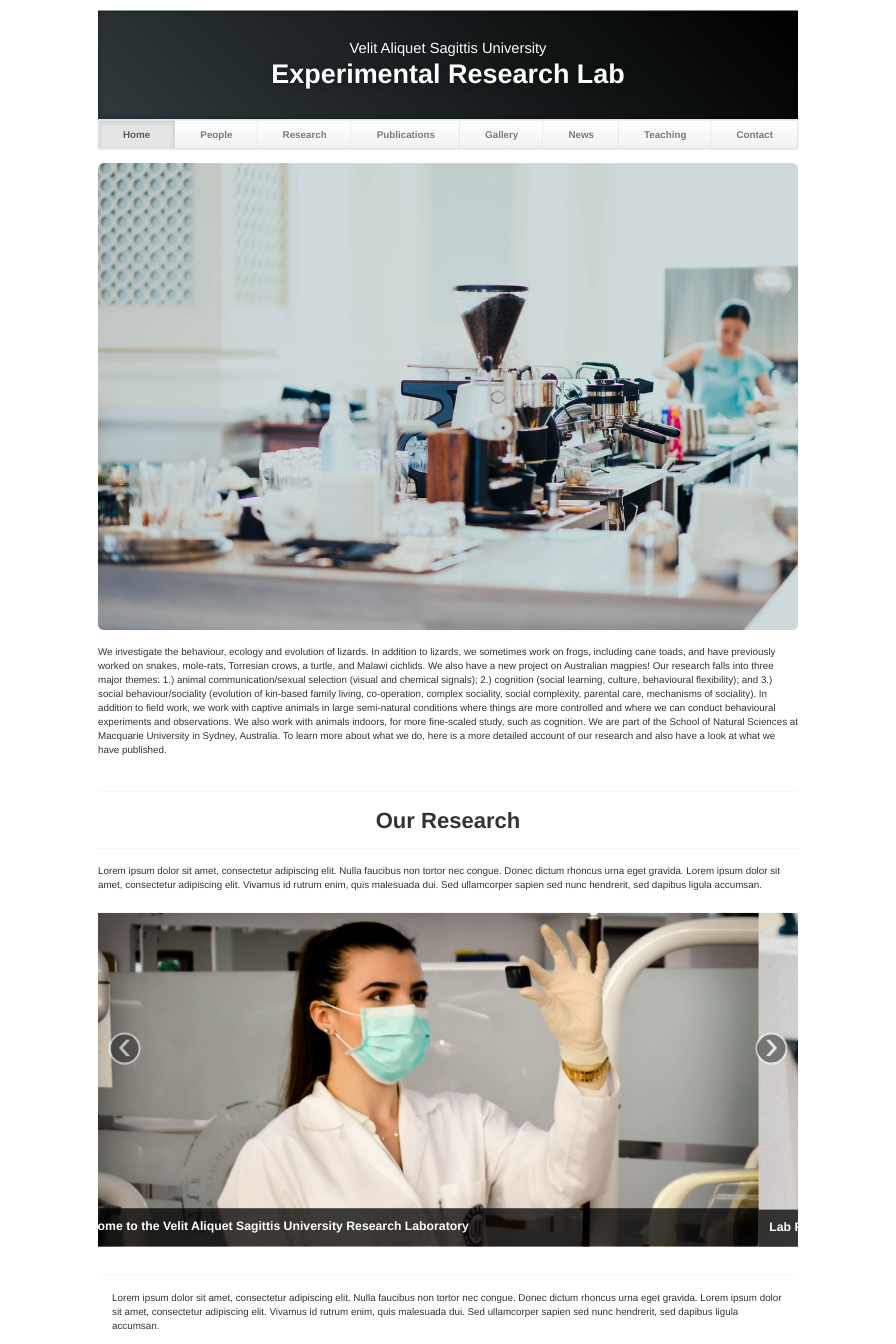
Repository: IAEUC/iaeuc.github.io
Page: index.html
An editor plug-in stored every save of this project. The page is shown before and after the next save, followed by the edit.
The browser window is 1280 px wide. The pictures show the part of the page from y = 0 to 1920 px (the page is 3867 px tall before and 3500 px after), at 70% of full size.

Above is the page before, as saved 2025-08-07 17:22:28.

### index.html
<!DOCTYPE html>
<html lang="en">
   <head>
      <meta charset="utf-8">
      <title>Generic Research Lab Template - Home</title>
      <meta name="viewport" content="width=device-width, initial-scale=1.0">
      <meta name="description" content="Research Lab, Home, Velit Aliquet Sagittis University">
      <meta name="author" content="">
      <!-- Le styles -->
      <link href="css/bootstrap.min.css" rel="stylesheet">
      <link href="css/bootstrap-responsive.min.css" rel="stylesheet">
      <link href="css/theme.css" rel="stylesheet">
   </head>
   <body>
      <div class="container">
         <header class="jumbotron subhead" id="overview">
            <p class="lead"> Velit Aliquet Sagittis University </p>
            <h1>Experimental Research Lab</h1>
         </header>
         <div class="masthead">
            <div class="navbar">
               <div class="navbar-inner">
                  <div class="container">
                     <ul class="nav">
                        <li class="active"><a href="#">Home</a></li>
                        <li><a href="people.html">People</a></li>
                        <li><a href="research.html">Research</a></li>
                        <li><a href="publications.html">Publications</a></li>
                        <li><a href="gallery.html">Gallery</a></li>
                        <li><a href="news.html">News</a></li>
                        <li><a href="teaching.html">Teaching</a></li>
                        <li><a href="contact.html">Contact</a></li>
                     </ul>
                  </div>
               </div>
            </div>
         </div>

         <div class="row-fluid">
            <div class="span12">
                              <div class="centered" style="margin-bottom: 20px;">
                                 <img src="images/lab-photo.jpg" alt="Research Laboratory" style="max-width: 100%; height: auto; border-radius: 8px;">
                              </div>
                              <p>
                                We investigate the behaviour, ecology and evolution of lizards. In addition to lizards, we sometimes work on frogs, including cane toads, and have previously worked on snakes, mole-rats, Torresian crows, a turtle, and Malawi cichlids. We also have a new project on Australian magpies! Our research falls into three major themes: 1.) animal communication/sexual selection (visual and chemical signals); 2.) cognition (social learning, culture, behavioural flexibility); and 3.) social behaviour/sociality (evolution of kin-based family living, co-operation, complex sociality, social complexity, parental care, mechanisms of sociality).

                                 In addition to field work, we work with captive animals in large semi-natural conditions where things are more controlled and where we can conduct behavioural experiments and observations. We also work with animals indoors, for more fine-scaled study, such as cognition.

                                 We are part of the School of Natural Sciences at Macquarie University in Sydney, Australia. To learn more about what we do, here is a more detailed account of our research and also have a look at what we have published.
                              </p>
                              <br/>
                           </div>
         </div>
         <div class="row-fluid">
                  <hr>
                  <h2 class="centered">Our Research</h2>
                  <hr>
         </div>
         <div class="row-fluid">
            <div class="span12">
                              <p>
                                 Lorem ipsum dolor sit amet, consectetur adipiscing elit. Nulla faucibus non tortor nec congue.
                                 Donec dictum rhoncus urna eget gravida. Lorem ipsum dolor sit amet, consectetur adipiscing elit.
                                 Vivamus id rutrum enim, quis malesuada dui. Sed ullamcorper sapien sed nunc hendrerit, sed dapibus
                                 ligula accumsan.
                              </p>
                              <br/>
                           </div>
         </div>

         <div class="row-fluid">
            <div class="span12">
               <div id="main-carousel" class="carousel slide">
                  <div class="carousel-inner">
                     <div class="item active">
                        <img src="images/ani-kolleshi-crop3.JPG" class="carousel-image" alt="">
                        <div class="carousel-caption">
                           <h4>Welcome to the Velit Aliquet Sagittis University Research Laboratory</h4>
                           <!-- -->
                           <p></p>
                        </div>
                     </div>
                     <div class="item">
                        <img src="images/microscope-crop1.JPG" class="carousel-image" alt="">
                        <div class="carousel-caption">
                           <h4>Lab Photos</h4>
                           <p></p>
                        </div>
                     </div>
                     <div class="item">
                        <img src="images/building-crop1.JPG" class="carousel-image" alt="">
                        <div class="carousel-caption">
                           <h4>Main Building Photo</h4>
                           <p></p>
                        </div>
                     </div>
                  </div>
                  <a class="left carousel-control" href="#main-carousel" data-slide="prev">‹</a>
                  <a class="right carousel-control" href="#main-carousel" data-slide="next">›</a>
               </div>
            </div>
         </div>
         <hr>
         <div class="container-fluid">
            <div class="row-fluid marketing">
               <div class="span12">
                  <p>
                     Lorem ipsum dolor sit amet, consectetur adipiscing elit. Nulla faucibus non tortor nec congue.
                     Donec dictum rhoncus urna eget gravida. Lorem ipsum dolor sit amet, consectetur adipiscing elit.
                     Vivamus id rutrum enim, quis malesuada dui. Sed ullamcorper sapien sed nunc hendrerit, sed dapibus
                     ligula accumsan.
                  </p>
                  <br/>
               </div>
            </div>
               <div class="row-fluid">
                  <hr>
                  <h2 class="centered">Recent News</h2>
                  <hr>
               </div>
               <div class="span4 feature-item">
                  <h5> <span class="date"> May 1, 2019 </span> </h5>
                  <h4 class="feature-heading">
                     <a href="https://unsplash.com/photos/CPmrdbbpnXg">
                     Students pose for conference lacus luctus accumsan tortor posuere
                     </a>
                     <br/>
                  </h4>
                  <hr>
                  <div class="centered">
                     <a href="https://unsplash.com/photos/CPmrdbbpnXg">
                     <img src="thumbs/jerry-zhang-1281608-unsplash.jpg" alt=""></a>
                  </div>
                  <hr>
                  <p>
                     Lorem ipsum dolor sit amet, consectetur adipiscing elit, sed do eiusmod tempor incididunt ut labore et
                     dolore magna aliqua.
                     Find the proceedings <a href="https://unsplash.com/photos/CPmrdbbpnXg">here</a>.
                  </p>
                  <br/>
                  <br/>
               </div>
               <div class="span4 feature-item">
                  <h5> <span class="date">April 20, 2019</span> </h5>
                  <h4 class="feature-heading">
                     <a href="https://unsplash.com/photos/rTZW4f02zY8">
                     Tincidunt tortor aliquam nulla facilisi. Nunc scelerisque viverra mauris in
                     </a>
                  </h4>
                  <hr>
                  <div class="centered">
                     <a href="https://unsplash.com/photos/rTZW4f02zY8">
                     <img src="thumbs/nasa-89125-unsplash.jpg" alt="">
                     </a>
                  </div>
                  <hr>
                  <p>
                     Read the paper
                     <a href="https://unsplash.com/photos/rTZW4f02zY8">here</a>.
                     Consequat semper viverra nam libero justo laoreet. Commodo odio aenean sed adipiscing diam donec.
                  </p>
                  <br/>
               </div>
               <div class="row-fluid">
                  <div class="span4 feature-item">
                     <h5> <span class="date">October 2, 2018</span> </h5>
                     <h4 class="feature-heading">
                        <a href="http://mechanical.illinois.edu/news/miljkovic-pleased-join-%E2%80%98powerhouse%E2%80%99-illinois">
                        Pretium lectus quam id leo in vitae turpis massa
                        <br/>
                        <br/>
                        </a>
                     </h4>
                     <hr>
                     <div class="centered">
                        <a href="https://unsplash.com/photos/WNk-f-TnZDw">
                        <img src="thumbs/rodolfo-cuadros-762364-unsplash.jpg" alt=""></a>
                     </div>
                     <hr>
                     <p>
                        Tristique senectus et netus et malesuada. Sed viverra tellus in hac habitasse platea dictumst vestibulum rhoncus.
                        Read it <a href="https://unsplash.com/photos/WNk-f-TnZDw">here</a>.
                     </p>
                     <br/>
                  </div>
               </div>
               <hr>
            </div>
            <div class="row-fluid">
               <div class="span4 feature-item">
                  <h4 class="feature-heading"><a href="https://unsplash.com/photos/QvbLjB9pHLM">Lorem ipsum dolor sit amet, consectetur adipiscing elit. Ut sit amet ultrices velit habitasse platea</a></h4>
                  <hr>
                  <div class="centered">
                     <a href="https://unsplash.com/photos/QvbLjB9pHLM"><img src="thumbs/ivanov-crop.JPG" alt=""></a>
                  </div>
                  <hr>
                  <p>Aecenas consectetur vestibulum orci ut vulputate. Aenean cursus finibus pulvinar <a href="https://unsplash.com/photos/QvbLjB9pHLM">here</a>. </p>
                  <br/>
               </div>
               <div class="span4 feature-item">
                  <h4 class="feature-heading"><a href="https://unsplash.com/photos/lQGJCMY5qcM">Maecenas placerat ullamcorper eros a vehicula. Duis mollis tortor ut elit elementum</a></h4>
                  <hr>
                  <div class="centered">
                     <a href="https://unsplash.com/photos/lQGJCMY5qcM"><img src="thumbs/beaker-crop.JPG" alt=""></a>
                  </div>
                  <hr>
                  <p>Read the paper <a href="https://unsplash.com/photos/lQGJCMY5qcM">here</a> </p>
               </div>
               <div class="span4 feature-item">
                  <h4 class="feature-heading"><a href="https://unsplash.com/photos/QCbZ4ASLhM8">Fusce tempor placerat felis, et placerat sapien lacinia sit amet<br/><br/><br/></a></h4>
                  <hr>
                  <div class="centered">
                     <a href="https://unsplash.com/photos/QCbZ4ASLhM8"><img src="thumbs/sato-chart.JPG" alt=""></a>
                  </div>
                  <hr>
                  <p> Aenean posuere, nulla ut placerat fringilla, dolor dolor pellentesque metus. Read the paper <a href="https://unsplash.com/photos/QCbZ4ASLhM8">here</a>.</p>
                  <br/>
                  <br/>
                  <br/>
               </div>
            </div>
         </div>
      </div>
      <footer id="footer">
         <div class="container-fluid">
            <div class="row-fluid">
               <div class="span5">
                  <h3>Contact Information</h3>
                  <p><b>Office Hours: </b>Monday-Friday (8.00am - 5.00pm)</p>
                  <p><b>Phone: </b>999-999-9999</p>
                  <p><b>Cell: </b>999-999-9999</p>
                  <a href="mailto:your.email@uni.edu">Email</a>
               </div>
               <div class="span2">
                  <a href="https://mybrandnewlogo.com/"><img src = "thumbs/generic-logo.JPG" alt="research-lab-logo"/></a>
               </div>
               <div class="span5">
                  <h3>Address</h3>
                  <p>9999 Generic Research Laboratory<br>
                     999 Fake Street Avenue<br>
                     City, State<br>
                     Country ZIP
                  </p>
                  <a href="http://maps.google.com/">Show Map</a>
               </div>
            </div>
         </div>
      </footer>

      <!-- Javascript files -->
      <script src="js/jquery-1.9.1.min.js"></script>
      <script src="js/bootstrap.min.js"></script>
      <script> $('#main-carousel').carousel(); </script>
   </body>
</html>

### css/theme.css
body {
	padding-top: 15px;
	padding-bottom: 0px;
}


/* Custom container */

.container {
	margin: 0 auto;
	max-width: 1000px;
}

.container>hr {
	margin: 20px 0
}


/* Customize the navbar links to be fill the entire space of the .navbar */

.navbar .navbar-inner {
	padding: 0
}

.navbar .nav {
	margin: 0;
	display: table;
	width: 100%;
}

.navbar .nav li {
	display: table-cell;
	width: 1%;
	float: none;
}

.navbar .nav li a {
	font-weight: bold;
	text-align: center;
	border-left: 1px solid rgba(255, 255, 255, .75);
	border-right: 1px solid rgba(0, 0, 0, .1);
}

.navbar .nav li:first-child a {
	border-left: 0;
	border-radius: 3px 0 0 3px;
}

.navbar .nav li:last-child a {
	border-right: 0;
	border-radius: 0 3px 3px 0;
}

body>.navbar {
	font-size: 13px
}


/* Change the docs' brand */

body>.navbar .brand {
	padding-right: 0;
	padding-left: 0;
	margin-left: 20px;
	float: right;
	font-weight: bold;
	color: #000;
	text-shadow: 0 1px 0 rgba(255, 255, 255, .1), 0 0 30px rgba(255, 255, 255, .125);
	-webkit-transition: all .2s linear;
	-moz-transition: all .2s linear;
	transition: all .2s linear;
}

body>.navbar .brand:hover {
	text-decoration: none;
	text-shadow: 0 1px 0 rgba(255, 255, 255, .1), 0 0 30px rgba(255, 255, 255, .4);
}


/* Sidenav for Docs
         -------------------------------------------------- */

@media screen and (max-width: 768px) {
	.bs-docs-sidenav {
		display: none !important;
	}
}

.bs-docs-sidenav {
	width: 228px;
	margin: 30px 0 0;
	padding: 0;
	background-color: #fff;
	-webkit-border-radius: 6px;
	-moz-border-radius: 6px;
	border-radius: 6px;
	-webkit-box-shadow: 0 1px 4px rgba(0, 0, 0, .065);
	-moz-box-shadow: 0 1px 4px rgba(0, 0, 0, .065);
	box-shadow: 0 1px 4px rgba(0, 0, 0, .065);
}

.bs-docs-sidenav>li>a {
	display: block;
	width: 200px;
	margin: 0 0 -1px;
	padding: 8px 14px;
	border: 1px solid #e5e5e5;
}

.bs-docs-sidenav>li>a.subhead {
	display: block;
	width: 168px;
	margin: 0 0 -1px;
	padding: 8px 30px;
	border: 1px solid #e5e5e5;
	font-size: 12px;
}

.bs-docs-sidenav>li:first-child>a {
	-webkit-border-radius: 6px 6px 0 0;
	-moz-border-radius: 6px 6px 0 0;
	border-radius: 6px 6px 0 0;
}

.bs-docs-sidenav>li:last-child>a {
	-webkit-border-radius: 0 0 6px 6px;
	-moz-border-radius: 0 0 6px 6px;
	border-radius: 0 0 6px 6px;
}

.bs-docs-sidenav>.active>a {
	position: relative;
	z-index: 2;
	padding: 9px 15px;
	border: 0;
	text-shadow: 0 1px 0 rgba(0, 0, 0, .15);
	-webkit-box-shadow: inset 1px 0 0 rgba(0, 0, 0, .1), inset -1px 0 0 rgba(0, 0, 0, .1);
	-moz-box-shadow: inset 1px 0 0 rgba(0, 0, 0, .1), inset -1px 0 0 rgba(0, 0, 0, .1);
	box-shadow: inset 1px 0 0 rgba(0, 0, 0, .1), inset -1px 0 0 rgba(0, 0, 0, .1);
}

.bs-docs-sidenav>li>a:hover {
	background-color: #f5f5f5
}

.bs-docs-sidenav a:hover .icon-chevron-right {
	opacity: .5
}

.bs-docs-sidenav.affix {
	top: 10px
}

.bs-docs-sidenav.affix-bottom {
	position: absolute;
	top: auto;
	bottom: 270px;
}


/* Responsive
         -------------------------------------------------- */

.affix {
	top: 0px
}

#media {
	margin-top: 70px
}

#media .header {
	margin-left: 0;
	margin-bottom: 56px;
	margin-top: 30px;
}

#media .post_row {
	margin-left: 0;
	margin-bottom: 40px;
}

#media .lastpost_row {
	margin-bottom: 0
}

#media .post_row .post {
	background: #fff;
	/*margin-left: 0;;
    margin-right: 20px;*/
	border-radius: 4px;
	box-shadow: 1px 1px 2px 0px #E0E0E0;
	width: 487px;
	height: 616px;
}

#media .post_row .last {
	margin-right: 0
}

#media .post_row .post .img {
	position: relative;
	text-align: center;
}

#media .post_row .post .img .date {
	background: #E8554E;
	position: absolute;
	padding: 2px 5px;
	top: 0;
	left: 11px;
}

#media .post_row .post .img .date p {
	color: #fff;
	font-size: 14px;
	font-weight: bold;
	font-style: italic;
	margin: 0;
}

#media .post_row .post .img img {
	height: 275px;
	width: 410px;
}

#media .post_row .post .text {
	margin: 18px auto 0;
	width: 83%;
}

#media .post_row .post .text h5 {
	margin: 0 0 8px 0;
	font-size: 20px;
	line-height: 23px;
}

#media .post_row .post .text h5 a {
	color: #333
}

#media .post_row .post .text span.date {
	color: #9F9F9F;
	display: block;
	margin-bottom: 12px;
	font-style: italic;
	font-size: 13px;
}

#media .post_row .post .text p {
	margin: 0;
	line-height: 21px;
	font-size: 14px;
}

#media .post_row .post .author_box {
	margin: 12px auto 20px;
	border-top: 1px solid #EDEDED;
	overflow: hidden;
	text-align: left;
	width: 85%;
	padding-top: 12px;
}

#media .post_row .post .author_box h6 {
	margin: 0 0 3px 0;
	font-size: 13px;
	line-height: 15px;
	font-style: italic;
	font-weight: normal;
	color: #B2B2B2;
}

#media .post_row .post .author_box p {
	color: #B2B2B2;
	font-style: italic;
	font-size: 13px;
	line-height: 14px;
	margin: 0;
}

#media .post_row .post .author_box img {
	float: right
}

#media .post_row .post a.plus_wrapper {
	width: 99%;
	text-align: center;
	background: #fff;
	display: none;
	border-radius: 0px 0px 4px 4px;
	padding: 6px 0px 2px;
	margin: 0 auto 1px;
}

#media .post_row .post a.plus_wrapper span {
	color: #1189D9;
	font-size: 30px;
	font-weight: bold;
}

#media .post_row .post:hover a.plus_wrapper {
	display: block
}

#media .post_row .post:hover {
	box-shadow: 0px 1px 5px 1px rgb(216, 216, 216)
}

#media .post_row .post:hover .text h5 a {
	color: #1189D9
}

.map .box_wrapp {
	position: absolute;
	margin: 15px auto;
	box-shadow: 0 0 7px 0 rgba(26, 26, 26, 0.4);
	padding: 30px 0 30px;
	background: white;
	border-radius: 4px;
	margin-top: 25px;
}

.map .box_wrapp .box_cont {
	margin: 30px auto;
	width: 76%;
}

.section-header {
	text-align: center;
	margin-bottom: 35px;
}

.section-header h1,
.title-text {
	font-weight: bold;
	font-size: 30px;
	margin: 12.5px 0;
	font-weight: 100;
	margin-bottom: 25px;
	line-height: 55px;
}

.feature-item:hover {
	box-shadow: 0px 1px 5px 1px rgb(216, 216, 216)
}

.feature-item img {
	margin-left: 15px;
	margin-right: 15px;
	max-width: 90%;
	height: 200px;
}

.feature-item h5 {
	margin-left: 15px;
	margin-right: 15px;
	margin-top: 20px;
	margin-bottom: 20px;
}

.feature-item p {
	margin-left: 15px;
	margin-right: 15px;
}

.feature-heading {
	margin-top: 20px;
	margin-bottom: 20px;
	margin-left: 15px;
	margin-right: 15px;
}

.feature-heading a:hover {
	text-decoration: none;
}

.feature-button {
	font-size: 16px;
	background-image: none;
	box-shadow: none;
	margin-bottom: 10px;
}

.centered {
	text-align: center;
}

.subhead {
	text-align: left;
	border-bottom: 1px solid #ddd;
}

.jumbotron {
	position: relative;
	padding: 45px 0px 35px 0px;
	color: #fff;
	text-align: center;
	text-shadow: 0 1px 3px rgba(0, 0, 0, .4), 0 0 30px rgba(0, 0, 0, .075);
	background: #30393C;
	background: -moz-linear-gradient(45deg, #30393C 0%, #000000 100%);
	background: -webkit-gradient(linear, left bottom, right top, color-stop(0%, #30393C), color-stop(100%, #30393C));
	background: -webkit-linear-gradient(45deg, #30393C 0%, #000000 100%);
	background: -o-linear-gradient(45deg, #30393C 0%, #000000 100%);
	background: -ms-linear-gradient(45deg, #30393C 0%, #000000 100%);
	background: linear-gradient(45deg, #30393C 0%, #000000 100%) repeat;
	-webkit-box-shadow: inset 0 3px 7px rgba(0, 0, 0, .2), inset 0 -3px 7px rgba(0, 0, 0, .2);
	-moz-box-shadow: inset 0 3px 7px rgba(0, 0, 0, .2), inset 0 -3px 7px rgba(0, 0, 0, .2);
	box-shadow: inset 0 3px 7px rgba(0, 0, 0, .2), inset 0 -3px 7px rgba(0, 0, 0, .2);
}

.jumbotron:after {
	content: '';
	display: block;
	position: absolute;
	top: 0;
	right: 0;
	bottom: 0;
	left: 0;
	opacity: .4;
}

.lead {
	margin-bottom: 0px;
	font-size: 21px;
	font-weight: 200;
	line-height: 15px;
}

img.float-left {
	float: left;
	margin-top: 9px;
	margin-left: 0px;
	margin-right: 30px;
	margin-bottom: 12px;
}

img.float-right {
	float: right;
	margin-top: 9px;
	margin-right: 0px;
	margin-bottom: 12px;
	margin-left: 30px;
}

img.publications-thumb {
	width: 142px;
	height: 188px;
}

.caption {
	margin: 10px;
}

.responsive-video {
	position: relative;
	padding-bottom: 56.25%;
	padding-top: 60px;
	overflow: hidden;
}

.responsive-video iframe,
.responsive-video object,
.responsive-video embed {
	position: absolute;
	top: 0;
	left: 0;
	width: 93.5%;
	height: 93.5%;
}

.video-caption {
	margin: 10px;
}

.accordion {
	margin-bottom: 20px;
	margin-right: 40px;
}

.thumbnail>img.sponsor {
	width: 212px;
	height: 150px;
}

img.carousel-image {
	width: 100%;
}

li.publication {
	margin-bottom: 20px;
}

.page-header h3 a:hover {
	text-decoration: none;
}

iframe.map-frame {
	border: none;
	overflow: hidden;
	margin-top: 10px;
	margin-bottom: 10px;
	margin-left: 0px;
	margin-right: 0px;
	height: 550px;
	width: 100%;
}

ul.sponsors {
	margin-top: 40px;
	margin-bottom: 40px;
}

#footer {
	z-index: 10;
	margin-top: 50px;
	margin-bottom: 0px;
	padding-bottom: 25px;
	border-top-width: 8px;
	border-top-style: solid;
	border-top-color: #2F2F2F;
	background-color: #000000;
	border: 0;
	font-size: 100%;
	font: inherit;
	vertical-align: baseline;
	text-align: center;
}

#footer h3 {
	font-size: 19px;
	text-transform: uppercase;
	font-family: BebasNeueRegular;
	color: #8DBECE;
	border-bottom-width: 1px;
	border-bottom-style: solid;
	border-bottom-color: #30393C;
	line-height: 35px;
	margin-bottom: 20px;
	margin-top: 25px;
	font-weight: normal;
}

#footer a img {
	margin-top: 40px;
}

#footer p,
#footer address {
	color: #8F8F8F;
	font-size: 11px;
}

Loaded but not shown: css/bootstrap.min.css (library); css/bootstrap-responsive.min.css (library); js/jquery-1.9.1.min.js (library); js/bootstrap.min.js (library)

After the next save:
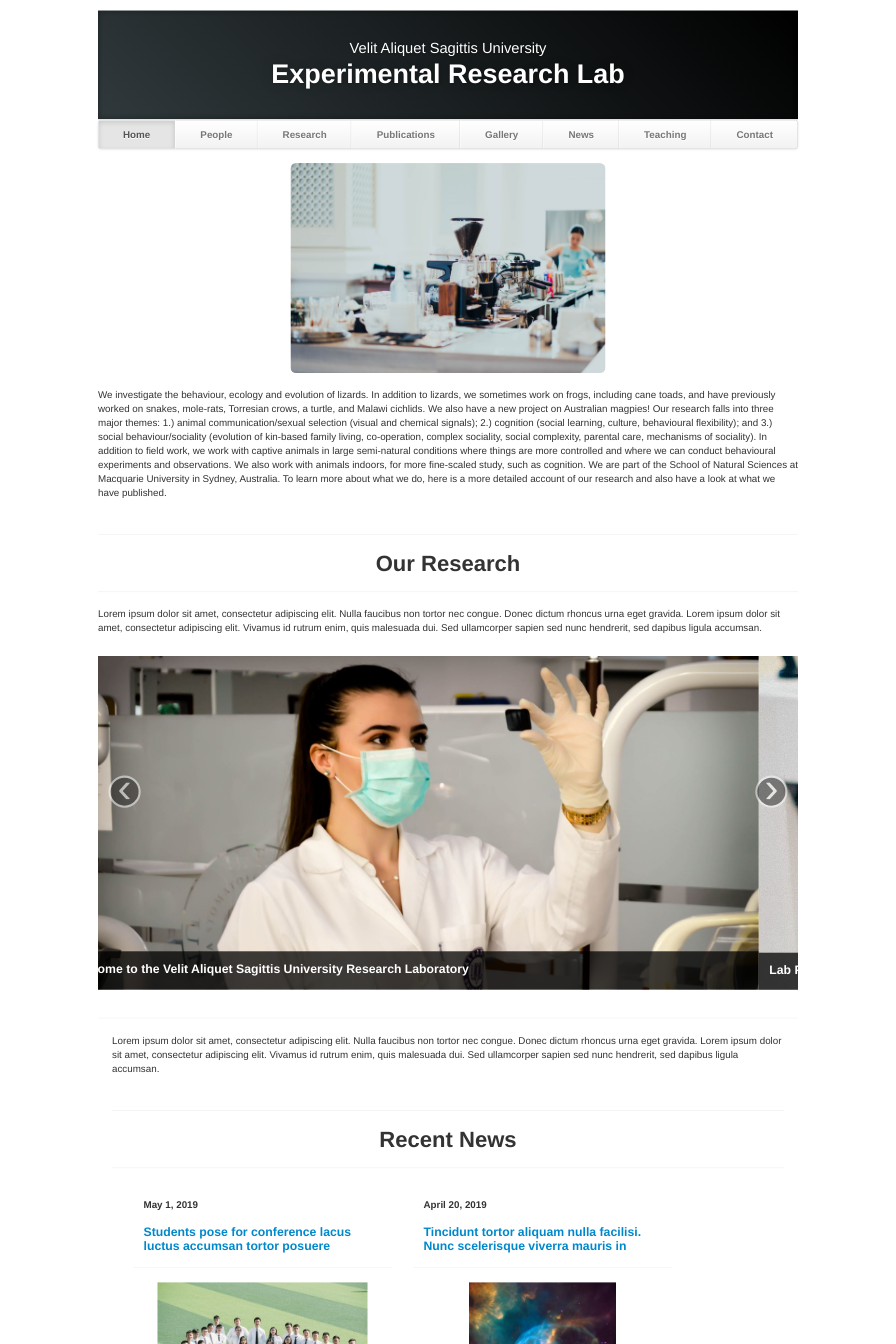
Saved 17 s later.
--- a/index.html
+++ b/index.html
@@ -39,7 +39,7 @@
          <div class="row-fluid">
             <div class="span12">
                               <div class="centered" style="margin-bottom: 20px;">
-                                 <img src="images/lab-photo.jpg" alt="Research Laboratory" style="max-width: 100%; height: auto; border-radius: 8px;">
+                                 <img src="images/lab-photo.jpg" alt="Research Laboratory" style="max-width: 100%; height: 300px; object-fit: cover; border-radius: 8px;">
                               </div>
                               <p>
                                 We investigate the behaviour, ecology and evolution of lizards. In addition to lizards, we sometimes work on frogs, including cane toads, and have previously worked on snakes, mole-rats, Torresian crows, a turtle, and Malawi cichlids. We also have a new project on Australian magpies! Our research falls into three major themes: 1.) animal communication/sexual selection (visual and chemical signals); 2.) cognition (social learning, culture, behavioural flexibility); and 3.) social behaviour/sociality (evolution of kin-based family living, co-operation, complex sociality, social complexity, parental care, mechanisms of sociality).
